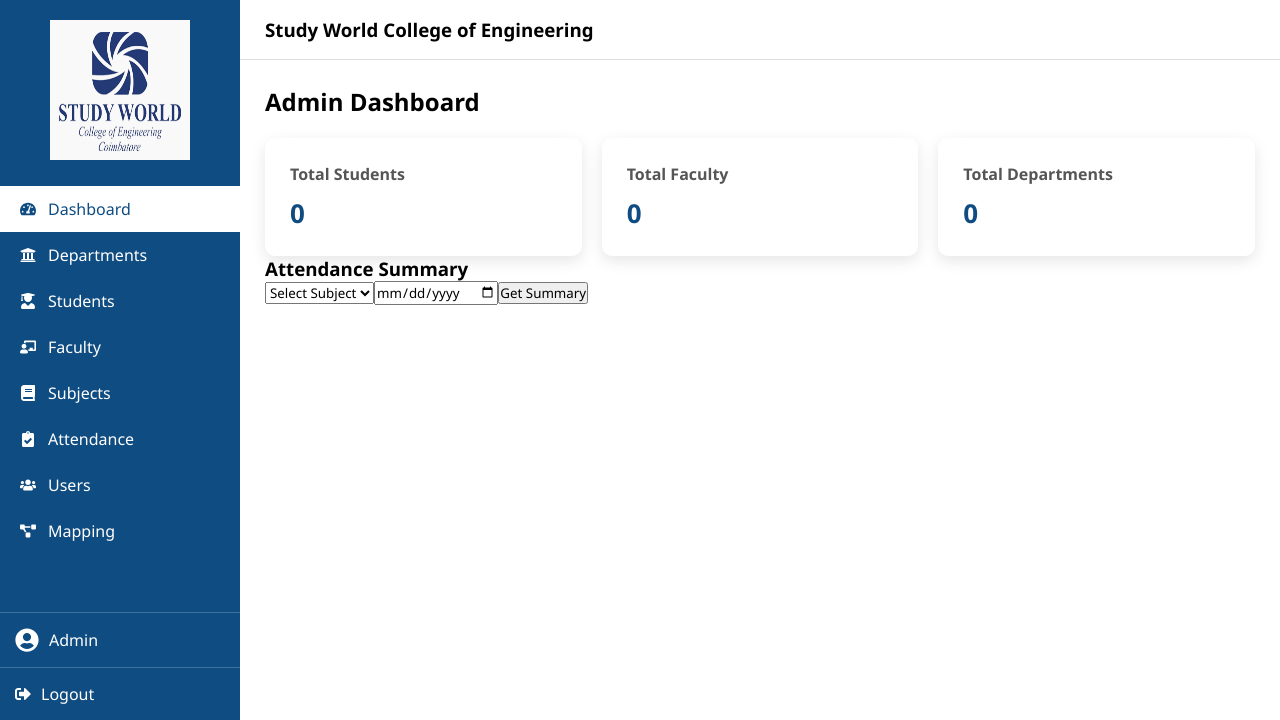
Repository: arthanarieswara/frontend
Page: /dashboard
These files come from the project's save history. The page is drawn as it stood at one moment and after the next save; the edit follows.
The browser window is 1280 px wide. The pictures show the whole page.
The page's requests for data from a server got no answer. The project was rebuilt for these pictures with package versions that can differ from the ones it lists, and the page was loaded fresh each time. No one was signed in, and anything a server would have sent is missing. Also part of the build but not shown: vite.config.js, src/pages/auth/Login.jsx, src/pages/departments/Departments.css, src/pages/departments/Departments.jsx, src/pages/students/Students.css, src/pages/students/Students.jsx, src/pages/faculty/Faculty.css, src/pages/faculty/Faculty.jsx and 8 more.

Above is the page before, as saved 2026-03-26 16:54:33.

### src/App.jsx
import AppRoutes from "./routes/AppRoutes";

function App() {
  return <AppRoutes />;
}

export default App;

### src/routes/AppRoutes.jsx
import { BrowserRouter, Routes, Route } from "react-router-dom";

import Login from "../pages/auth/Login";
import Dashboard from "../pages/dashboard/Dashboard";
import Departments from "../pages/departments/Departments";
import Students from "../pages/students/Students";
import Faculty from "../pages/faculty/Faculty";
import Subjects from "../pages/Subjects/Subjects";
import Attendance from "../pages/Attendance/Attendance";
import Users from "../pages/users/Users";
import UserMapping from "../pages/UserMapping/UserMapping"; // ✅ NEW
function AppRoutes() {
  return (
    <BrowserRouter>
      <Routes>
        <Route path="/" element={<Login />} />
        <Route path="/dashboard" element={<Dashboard />} />
        <Route path="/departments" element={<Departments />} />
        <Route path="/students" element={<Students />} />
        <Route path="/faculty" element={<Faculty />} />
        <Route path="/subjects" element={<Subjects />} />
        <Route path="/attendance" element={<Attendance />} />
        <Route path="/users" element={<Users />} />

        {/* ✅ NEW ROUTE */}
        <Route path="/mapping" element={<UserMapping />} />
      </Routes>
    </BrowserRouter>
  );
}

export default AppRoutes;

### src/pages/dashboard/Dashboard.jsx
import { useEffect, useState } from "react";
import Layout from "../../components/Layout";
import api from "../../api/api";
import "./Dashboard.css";

function Dashboard() {

  const [data, setData] = useState({
    students: 0,
    faculty: 0,
    departments: 0,
    fees: 0
  });

  const [subjects, setSubjects] = useState([]);
  const [subject, setSubject] = useState("");
  const [date, setDate] = useState("");

  const [attendanceSummary, setAttendanceSummary] = useState(null);

  /* ================= LOAD DASHBOARD ================= */

  useEffect(() => {
    fetchDashboard();
    fetchSubjects();
  }, []);

  const fetchDashboard = async () => {
    try {
      const res = await api.get("/dashboard/admin");
      setData(res.data);
    } catch (err) {
      console.log(err);
    }
  };

  const fetchSubjects = async () => {
    try {
      const res = await api.get("/subjects");
      setSubjects(res.data || []);
    } catch (err) {
      console.log(err);
    }
  };

  /* ================= FETCH ATTENDANCE SUMMARY ================= */

  const getAttendanceSummary = async () => {
    if (!subject || !date) {
      alert("Select subject and date");
      return;
    }

    try {
      const res = await api.get(
        `/attendance/summary?subject_id=${subject}&date=${date}`
      );

      setAttendanceSummary(res.data);

    } catch (err) {
      console.error(err);
      alert("Failed to fetch attendance summary");
    }
  };

  return (
    <Layout>
      <div className="dashboard">

        <h2>Admin Dashboard</h2>

        {/* ================= MAIN CARDS ================= */}
        <div className="cards">

          <div className="card">
            <h3>Total Students</h3>
            <p>{data.students}</p>
          </div>

          <div className="card">
            <h3>Total Faculty</h3>
            <p>{data.faculty}</p>
          </div>

          <div className="card">
            <h3>Total Departments</h3>
            <p>{data.departments}</p>
          </div>

        </div>

        {/* ================= ATTENDANCE FILTER ================= */}

        <div className="attendance-filter-section">

          <h3>Attendance Summary</h3>

          <div className="filters">

            <select
              value={subject}
              onChange={(e) => setSubject(e.target.value)}
            >
              <option value="">Select Subject</option>
              {subjects.map((s) => (
                <option key={s.id} value={s.id}>
                  {s.name}
                </option>
              ))}
            </select>

            <input
              type="date"
              value={date}
              onChange={(e) => setDate(e.target.value)}
            />

            <button onClick={getAttendanceSummary}>
              Get Summary
            </button>

          </div>

        </div>

        {/* ================= SUMMARY RESULT ================= */}

        {attendanceSummary && (
          <div className="cards">

            <div className="card">
              <h3>Present</h3>
              <p>{attendanceSummary.present_count}</p>
            </div>

            <div className="card">
              <h3>Absent</h3>
              <p>{attendanceSummary.absent_count}</p>
            </div>

            <div className="card">
              <h3>Total</h3>
              <p>{attendanceSummary.total_students}</p>
            </div>

          </div>
        )}

      </div>
    </Layout>
  );
}

export default Dashboard;

### src/api/api.js
import axios from "axios";

const api = axios.create({
  baseURL: "http://localhost:5000/api",
});

/* ✅ Attach token automatically */
api.interceptors.request.use((config) => {
  const token = localStorage.getItem("token");

  if (token) {
    config.headers.Authorization = `Bearer ${token}`;
  }

  return config;
});

export default api;

### src/pages/auth/Login.css
*{
  margin:0;
  padding:0;
  box-sizing:border-box;
  font-family:"Segoe UI",sans-serif;
}

/* ANIMATED BACKGROUND */

.login-wrapper{
  height:100vh;
  display:flex;
  justify-content:center;
  align-items:center;
  background:linear-gradient(270deg,#0f4c81,#3a8bfd,#1a6ed8);
  background-size:600% 600%;
  animation:gradientBG 10s ease infinite;
}

@keyframes gradientBG{
  0%{background-position:0% 50%}
  50%{background-position:100% 50%}
  100%{background-position:0% 50%}
}

/* LOGIN CARD */

.login-card{
  width:420px;
  padding:40px;
  border-radius:12px;
  background:rgba(255,255,255,0.15);
  backdrop-filter:blur(15px);
  box-shadow:0 15px 40px rgba(0,0,0,0.3);
  text-align:center;
  color:white;
}

/* COLLEGE HEADER */

.college-logo{
  width:70px;
  margin-bottom:10px;
}

.college-header h1{
  font-size:20px;
  margin-bottom:5px;
}

.college-header p{
 font-size:13px;
  opacity:0.9;
}

.college-header span{
  font-size:12px;
  opacity:0.8;
}

.college-header{
  margin-bottom:30px;
}

/* INPUT GROUP */

.input-group{

  position:relative;
  margin-bottom:20px;
}

.input-group input{
  width:100%;
  padding:12px;
  border:none;
  border-radius:6px;
  outline:none;
  font-size:14px;
}

/* FLOATING LABEL */

.input-group label{
  position:absolute;
  left:12px;
  top:50%;
  transform:translateY(-50%);
  color:#000000;
  font-size:14px;
  pointer-events:none;
  transition:0.3s;
}

.input-group input:focus + label,
.input-group input:not(:placeholder-shown) + label{
  top:-8px;
  /* background:white; */
  padding:0 5px;
  font-size:15px;
  color:white;
}

/* PASSWORD ICON */

.password-group{
 position:relative;
}

.eye-icon{
  position:absolute;
  right:10px;
  top:50%;
  transform:translateY(-50%);
  cursor:pointer;
  color:#444;
}

/* BUTTON */

.login-btn{
  width:100%;
  padding:12px;
  border:none;
  border-radius:6px;
  background:white;
  color:#0f4c81;
  font-size:16px;
  font-weight:bold;
  cursor:pointer;
  transition:all 0.3s;
}

.login-btn:hover{
  transform:translateY(-2px);
  box-shadow:0 5px 15px rgba(0,0,0,0.3);
}

### src/components/Layout.jsx
import { useState } from "react";
import Sidebar from "./Sidebar";
import Navbar from "./Navbar";

function Layout({ children }) {

  const [collapsed,setCollapsed] = useState(false);

  return (

    <div style={{display:"flex"}}>

      <Sidebar collapsed={collapsed} />

      <div style={{flex:1}}>

        <Navbar toggleSidebar={()=>setCollapsed(!collapsed)} />

        <div style={{padding:"25px"}}>
          {children}
        </div>

      </div>

    </div>

  );

}

export default Layout;

### src/pages/dashboard/Dashboard.css
.dashboard h2{
  margin-bottom:20px;
}

.cards{

  display:grid;

  grid-template-columns:repeat(auto-fit,minmax(220px,1fr));

  gap:20px;

}

.card{

  background:white;

  padding:25px;

  border-radius:10px;

  box-shadow:0 5px 15px rgba(0,0,0,0.1);

  transition:0.3s;

}

.card:hover{

  transform:translateY(-5px);

}

.card h3{

  font-size:16px;

  margin-bottom:10px;

  color:#555;

}

.card p{

  font-size:26px;

  font-weight:bold;

  color:#0f4c81;

}

### src/components/Sidebar.jsx
import { NavLink, useNavigate } from "react-router-dom";
import {
  FaTachometerAlt,
  FaUniversity,
  FaUserGraduate,
  FaChalkboardTeacher,
  FaBook,
  FaClipboardCheck,
  FaMoneyBill,
  FaSignOutAlt,
  FaUserCircle,
  FaUsers,
  FaProjectDiagram,
} from "react-icons/fa";

import "./Sidebar.css";

function Sidebar({ collapsed }) {
  const navigate = useNavigate();

  const handleLogout = () => {
    localStorage.removeItem("token");
    navigate("/");
  };

  return (
    <div className={`sidebar ${collapsed ? "collapsed" : ""}`}>
      <div className="sidebar-header">
        <img src="/college-logo.png" className="sidebar-logo" />
      </div>

      <nav className="menu">
        <NavLink to="/dashboard" className="menu-item">
          <FaTachometerAlt />
          <span>Dashboard</span>
        </NavLink>

        <NavLink to="/departments" className="menu-item">
          <FaUniversity />
          <span>Departments</span>
        </NavLink>

        <NavLink to="/students" className="menu-item">
          <FaUserGraduate />
          <span>Students</span>
        </NavLink>

        <NavLink to="/faculty" className="menu-item">
          <FaChalkboardTeacher />
          <span>Faculty</span>
        </NavLink>

        <NavLink to="/subjects" className="menu-item">
          <FaBook />
          <span>Subjects</span>
        </NavLink>

        <NavLink to="/attendance" className="menu-item">
          <FaClipboardCheck />
          <span>Attendance</span>
        </NavLink>

        {/* <NavLink to="/fees" className="menu-item">
          <FaMoneyBill />
          <span>Fees</span>
        </NavLink> */}

        <NavLink to="/users" className="menu-item">
          <FaUsers />
          <span>Users</span>
        </NavLink>
        <NavLink to="/mapping" className="menu-item">
          <FaProjectDiagram />
          <span>Mapping</span>
        </NavLink>
      </nav>

      {/* PROFILE SECTION */}

      <div className="profile">
        <FaUserCircle className="profile-icon" />
        <span>Admin</span>
      </div>

      {/* LOGOUT */}

      <div className="logout" onClick={handleLogout}>
        <FaSignOutAlt />
        <span>Logout</span>
      </div>
    </div>
  );
}

export default Sidebar;

### src/components/Navbar.jsx
import { FaBars } from "react-icons/fa";
import "./Navbar.css";

function Navbar({ toggleSidebar }) {

    return (

        <div className="navbar">

            {/* <FaBars className="toggle-btn" onClick={toggleSidebar} /> */}

            <h3>Study World College of Engineering</h3>

        </div>

    )

}

export default Navbar;

### src/components/Sidebar.css
.sidebar {
    width: 240px;
    height: 100vh;
    background: #0f4c81;
    color: white;
    display: flex;
    flex-direction: column;
    transition: 0.3s;
}

/* COLLAPSED */

.sidebar.collapsed {
    width: 70px;
}

.sidebar.collapsed span {
    display: none;
}

/* HEADER */

.sidebar-header {
    font-size: 20px;
    font-weight: bold;
    text-align: center;
    padding: 20px;
}

/* MENU */

.menu {
    flex: 1;
    display: flex;
    flex-direction: column;
}

/* MENU ITEM */

.menu-item {
    display: flex;
    align-items: center;
    gap: 12px;
    padding: 12px 20px;
    text-decoration: none;
    color: white;
    transition: 0.3s;
}

.menu-item:hover {
    background: rgba(255, 255, 255, 0.2);
}

.menu-item.active {
    background: white;
   color: #0f4c81;
}

/* PROFILE */

.profile {
    padding: 15px;
    border-top: 1px solid rgba(255, 255, 255, 0.2);
    display: flex;
    align-items: center;
    gap: 10px;
}

.profile-icon {
    font-size: 24px;
}

/* LOGOUT */

.logout {
    padding: 15px;
    display: flex;
    align-items: center;
    gap: 10px;
    cursor: pointer;
    border-top: 1px solid rgba(255, 255, 255, 0.2);
}

.logout:hover {
    background: rgba(255, 255, 255, 0.2);
}

.sidebar-logo {
    width: 140px;
    height: 140px;
    /* border-radius:50%; */
}

### src/components/Navbar.css
.navbar{
  height:60px;
  background:white;
  border-bottom:1px solid #ddd;
  display:flex;
  align-items:center;
  padding:0 25px;
}

Loaded but not shown: index.html (common file); src/main.jsx (common file)

After the next save:
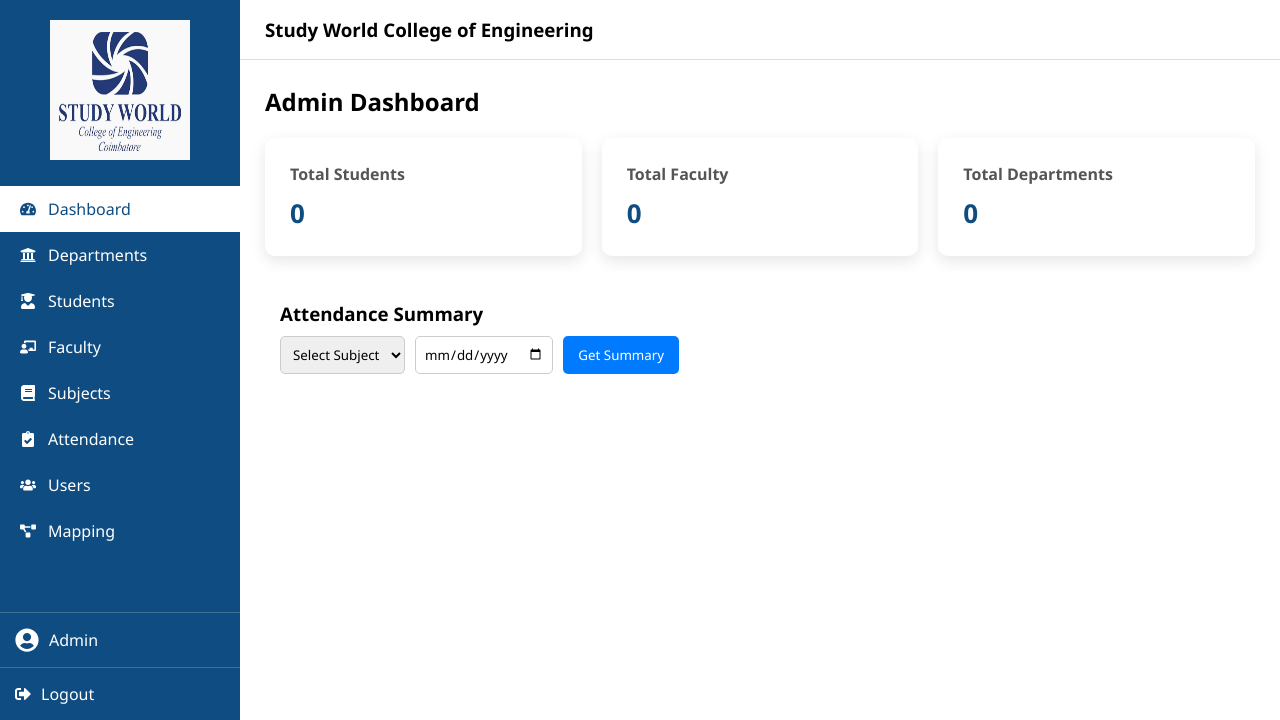
Saved 16 s later.
--- a/src/pages/dashboard/Dashboard.css
+++ b/src/pages/dashboard/Dashboard.css
@@ -1,53 +1,77 @@
-.dashboard h2{
-  margin-bottom:20px;
+.dashboard h2 {
+  margin-bottom: 20px;
 }
 
-.cards{
+.cards {
+  display: grid;
 
-  display:grid;
+  grid-template-columns: repeat(auto-fit, minmax(220px, 1fr));
 
-  grid-template-columns:repeat(auto-fit,minmax(220px,1fr));
-
-  gap:20px;
-
+  gap: 20px;
 }
 
-.card{
+.card {
+  background: white;
 
-  background:white;
+  padding: 25px;
 
-  padding:25px;
+  border-radius: 10px;
 
-  border-radius:10px;
+  box-shadow: 0 5px 15px rgba(0, 0, 0, 0.1);
 
-  box-shadow:0 5px 15px rgba(0,0,0,0.1);
-
-  transition:0.3s;
-
+  transition: 0.3s;
 }
 
-.card:hover{
-
-  transform:translateY(-5px);
-
+.card:hover {
+  transform: translateY(-5px);
 }
 
-.card h3{
+.card h3 {
+  font-size: 16px;
 
-  font-size:16px;
+  margin-bottom: 10px;
 
-  margin-bottom:10px;
-
-  color:#555;
-
+  color: #555;
 }
 
-.card p{
+.card p {
+  font-size: 26px;
 
-  font-size:26px;
+  font-weight: bold;
 
-  font-weight:bold;
+  color: #0f4c81;
+}
 
-  color:#0f4c81;
+/* Attendance Filter Section */
+.attendance-filter-section {
+  margin-top: 30px;
+  background: #fff;
+  padding: 15px;
+  border-radius: 8px;
+}
 
+.filters {
+  display: flex;
+  gap: 10px;
+  margin-top: 10px;
 }
+
+.filters select,
+.filters input {
+  padding: 8px;
+  border: 1px solid #ccc;
+  border-radius: 5px;
+}
+
+.filters button {
+  background: #007bff;
+  color: white;
+  border: none;
+  padding: 8px 15px;
+  border-radius: 5px;
+  cursor: pointer;
+}
+
+.filters button:hover {
+  background: #0056b3;
+}
